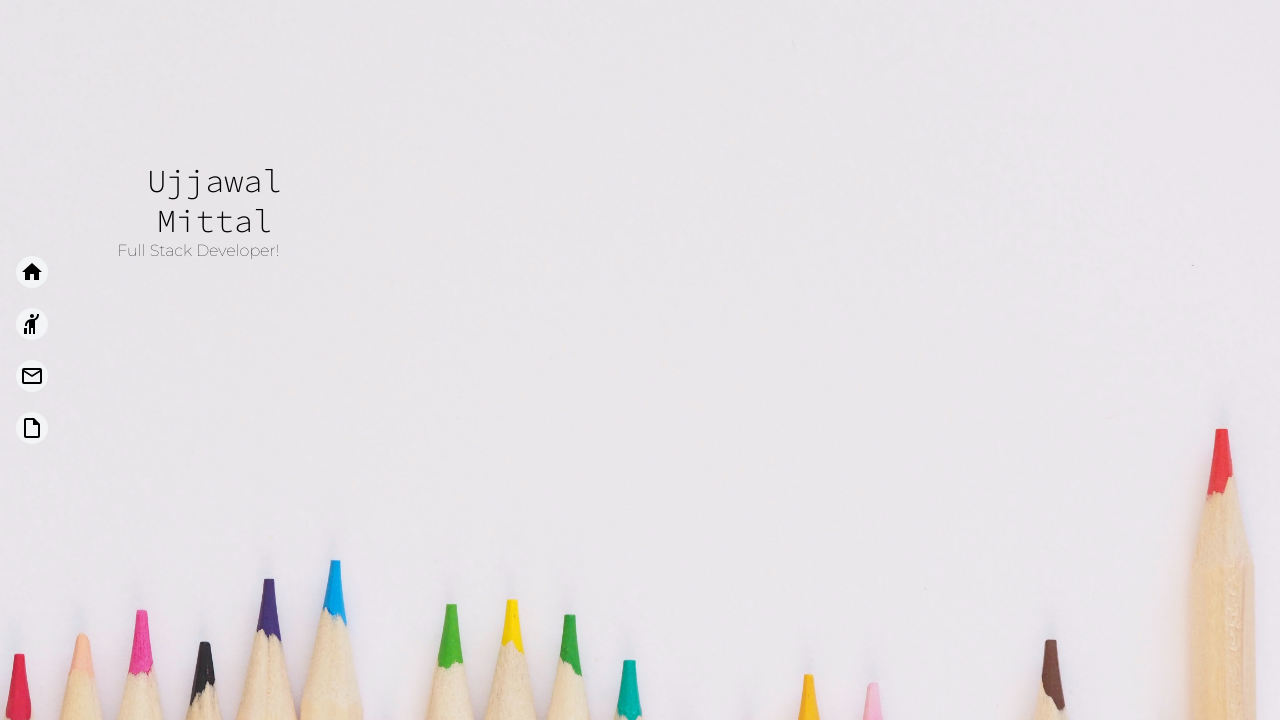
Repository: ujjawalmittal55/portfolio1
Page: /
These files come from the project's save history. The page is drawn as it stood at one moment and after the next save; the edit follows.
The browser window is 1280 px wide. The pictures show the whole page.
The project was rebuilt for these pictures with package versions that can differ from the ones it lists, and the page was loaded fresh each time.

Above is the page before, as saved 2022-05-04 22:50:53.

After the next save:
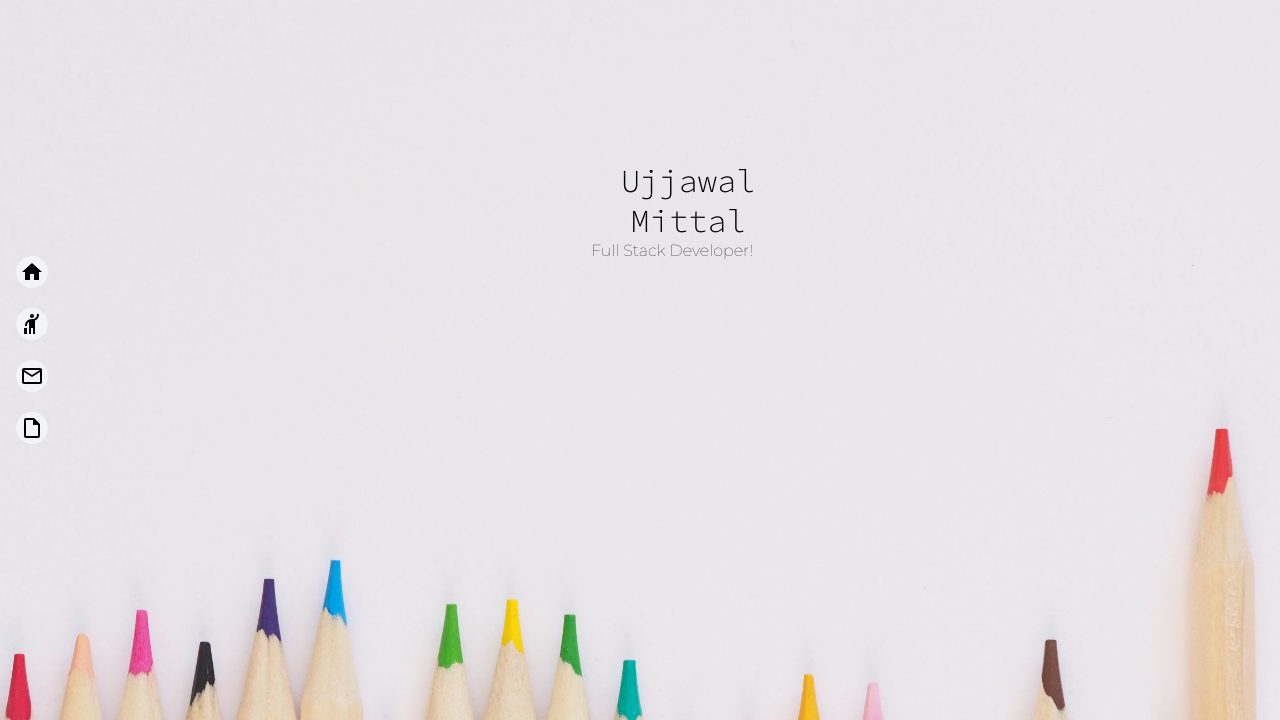
Saved 12 s later.
--- a/src/homepage.css
+++ b/src/homepage.css
@@ -1,7 +1,9 @@
-.Home
-{
-   background-image: url("/public/bg.jpg");
-    background-size: cover;
-    background-repeat: no-repeat;
-    display:flex;
+.Home {
+  background-image: url("/public/bg.jpg");
+  background-size: cover;
+  background-repeat: no-repeat;
+  display: flex;
 }
+.main_content {
+  flex: 1;
+}

After the save that followed:
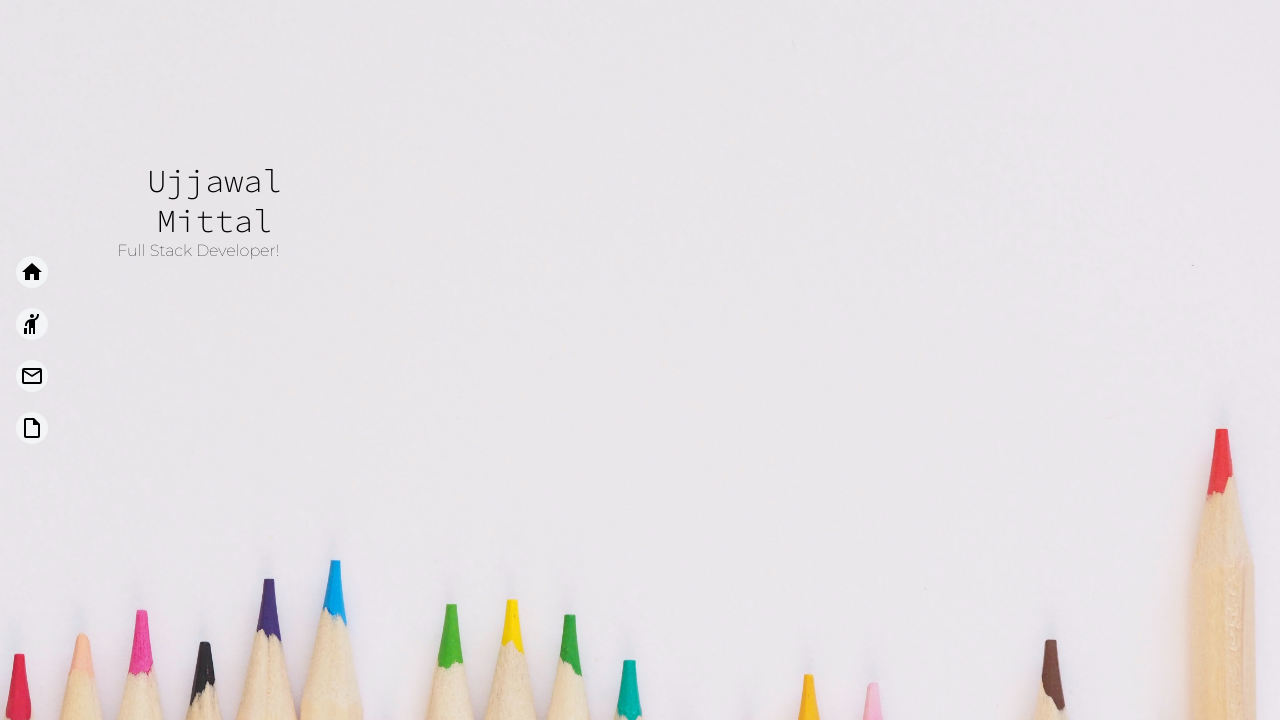
Saved 39 s later.
--- a/src/display.css
+++ b/src/display.css
@@ -1,6 +1,5 @@
 .display {
   display: flex;
-  justify-content: center;
   text-align: center;
   height: 100vh;
 }
